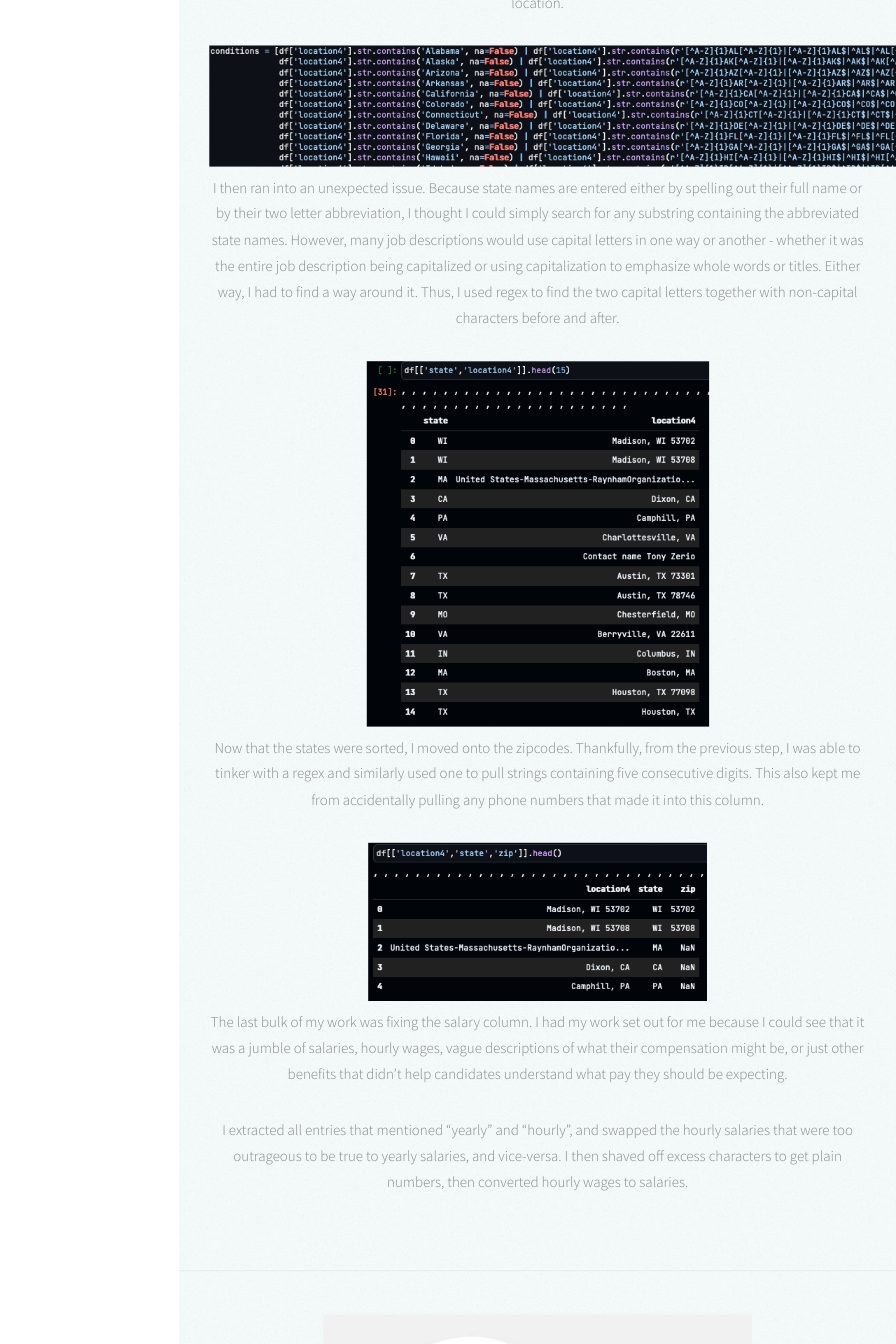
Repository: VictoriaTCNguyen/VictoriaTCNguyen
Page: index.html
An editor plug-in stored every save of this project. The page is shown before and after a run of saves, followed by the edit.
The browser window is 1280 px wide. The pictures show the part of the page from y = 4580 to 6500 px (the page is 10592 px tall before and 10941 px after), at 70% of full size.

Above is the page before, as saved 2023-06-05 13:48:52.

### index.html
<!DOCTYPE HTML>
<!--
	Prologue by HTML5 UP
	html5up.net | @ajlkn
	Free for personal and commercial use under the CCA 3.0 license (html5up.net/license)
-->
<html>
	<head>
		<title>Victoria Nguyen's Portfolio </title>
		<meta charset="utf-8" />
		<meta name="viewport" content="width=device-width, initial-scale=1, user-scalable=no" />
		<link rel="stylesheet" href="assets/css/main.css" />
		<link rel="icon" href="/images/woman-technologist-light-skin-tone_1f469-1f3fb-200d-1f4bb.png">
	</head>
	<body class="is-preload">

		<!-- Header -->
			<div id="header">

				<div class="top">

					<!-- Logo -->
						<div id="logo">
							<span class="image avatar48"><img src="images/VN_LinkedIn.jpg" alt="" /></span>
							<h1 id="title">Victoria Nguyen</h1>
							<p>Data Analyst</p>
						</div>

					<!-- Nav -->
						<nav id="nav">
							<ul>
								<li><a href="#top" id="top-link"><span class="icon solid fa-home">Intro</span></a></li>
								<li><a href="#portfolio" id="portfolio-link"><span class="icon solid fa-th">Data Cleaning: Monster Jobs </span></a></li>
								<li><a href="#portfolio2" id="portfolio-link"><span class="icon solid fa-th">Recipe Scraper </span></a></li>
								<li><a href="#portfolio3" id="portfolio-link"><span class="icon solid fa-th">Spotify Playlist Generator </span></a></li>
								<li><a href="#portfolio4" id="portfolio-link"><span class="icon solid fa-th">Consumer Traits in Buying Fruits </span></a></li>
								<li><a href="#resume" id="resume-link"><span class="icon solid fa-paperclip">Resume</span></a></li>
								<li><a href="#about" id="about-link"><span class="icon solid fa-user">About Me</span></a></li>
								<li><a href="#contact" id="contact-link"><span class="icon solid fa-envelope">Contact</span></a></li>
							</ul>
						</nav>

				</div>

				<div class="bottom">

					<!-- Social Icons -->
						<ul class="icons">
							<li><a href="#" class="icon brands fa-github"><span class="label">Github</span></a></li>
							<li><a href="#" class="icon solid fa-envelope"><span class="label">Email</span></a></li>
						</ul>

				</div>

			</div>

		<!-- Main -->
			<div id="main">

				<!-- Intro -->
					<section id="top" class="one dark cover">
						<div class="container">

							<header>
								<h2 class="alt">Hi! I'm <strong>Victoria Nguyen.</strong> </h2>
								<p>Proficient in R, Python, SQL, & Excel.</p>
								<p>(Currently under construction!)</p>
							</header>

							<footer>
								<a href="#portfolio" class="button scrolly">View my Portfolio</a>
							</footer>

						</div>
					</section>


				<!-- Portfolio1 -->
				<section id="portfolio" class="two">
					<div class="container">

						<header>
							<img src="images/istockphoto-1411855202-612x612.jpg" alt="Image of Kaggle dataset">
							<h2>Data Cleaning : Monster.com U.S. Jobs</h2>
						</header>

						<p>In this project my goal was to find and clean the messiest dataset that I could using Pandas in Jupyter Notebooks.</p>

						<div class="center">
							<div class="col-4 col-12-mobile">

								<p> My goal for this project was to use Pandas and Jupyter Notebooks to push my data cleaning abilities with the messiest
									dataset I could find.</p>

								<p> After a bit of searching, I came across a webscrape on Kaggle that contained 22,000 job listings from the job board,
									Monster.com</p>

								<p> The first step was identifying what kind of information I wanted from the dataset - in other words, what it would look
									like if it were clean, then coming up ways to extract that information from what is given. </p>

								<img src="images/1a.png" alt="">

								<p>Upon initial investigation, I found that job descriptions could be found in the location and salary columns, locations
									could be found in the organization column, some entries had the same information copied into every single column, salaries
									were being entered as hourly wages, and some just had useless or nonsensical entries.  </p>

									<img src="images/1c.png" alt="">

								<p>The first issue I decided to tackle was the one I see most commonly in datasets: that multiple variables are being put into
									 the same column and need to be parsed into their own, proper variables. The ‘job_types’ variable had two separate ways of
									 distinguishing jobs from each other: full time vs. part time, and contract vs. employee. Other than that, this column was
									 nicely formatted and all I needed to do was pull the right substrings from each of them. </p>

								<img src="images/1b.png" alt="">

								<p>Next, I tackled the locations column, which quickly proved to be the most difficult.  A good chunk of these were just entire
									 job descriptions pasted in. My first idea was to shave off unwanted entries. As far as I’m aware, most location names
									 could be spelled out in 50 characters or less. In addition, if an entire job description was pasted into this column,
									  there would usually be a title, so I also searched for “Location:” in the longer entries. </p>

								<img src="images/1d.png" alt="">

								<p>After extracting the location from each of the job entries, I decided to pull the state & zip code from each location. </p>

								<img src="images/1e.png" alt="">

								<p>I then ran into an unexpected issue. Because state names are entered either by spelling out their full name or by their two
									letter abbreviation, I thought I could simply search for any substring containing the abbreviated state names. However,
									 many job descriptions would use capital letters in one way or another - whether it was the entire job description being
									 capitalized or using capitalization to emphasize whole words or titles. Either way, I had to find a way around it. Thus,
									  I used regex to find the two capital letters together with non-capital characters before and after.
								</p>
								<img src="images/1f.png" alt="">

								<p>Now that the states were sorted, I moved onto the zipcodes. Thankfully, from the previous step, I was able to tinker with
									a regex and similarly used one to pull strings containing five consecutive digits. This also kept me from accidentally
									pulling any phone numbers that made it into this column. </p>

								<img src="images/1g.png" alt="">

								<p>The last bulk of my work was fixing the salary column. I had my work set out for me because I could see that it was a
									jumble of salaries, hourly wages, vague descriptions of what their compensation might be, or just other benefits that
									didn’t help candidates understand what pay they should be expecting. </p>


								<p>I extracted all entries that mentioned “yearly” and “hourly”, and swapped the hourly salaries that were too outrageous
									 to be true to yearly salaries, and vice-versa. I then shaved off excess characters to get plain numbers, then converted
									 hourly wages to salaries. </p>
								<p></a></p>
							</div>
						</div>

					</div>
				</section>

				<!-- Portfolio2 -->
				<section id="portfolio2" class="two">
					<div class="container">

						<header>
							<img src="images/istockphoto-1411855202-612x612.jpg" alt="Image of Kaggle dataset">
							<h2>Recipe Scraper</h2>
						</header>

						<p>This section is currently under construction. </p>

						<div class="center" style = text-align:left;>
							<div class="col-4 col-12-mobile">

							</div>
						</div>

					</div>
				</section>

				<!-- Portfolio3 -->
				<section id="portfolio3" class="two">
					<div class="container">

						<header>
							<img src="images/istockphoto-1411855202-612x612.jpg" alt="Image of Kaggle dataset">
							<h2>Spotify Playlist Generator</h2>
						</header>

						<p>This section is currently under construction. </p>

						<div class="center" style = text-align:left;>
							<div class="col-4 col-12-mobile">

							</div>
						</div>

					</div>
				</section>

				<!-- Portfolio4 -->
				<section id="portfolio4" class="two">
					<div class="container">

						<header>
							<img src="images/istockphoto-1411855202-612x612.jpg" alt="Image of Kaggle dataset">
							<h2>Consumer Traits in Buying Fruits</h2>
						</header>

						<p>This section is currently under construction. </p>

						<div class="center" style = text-align:left;>
							<div class="col-4 col-12-mobile">

							</div>
						</div>

					</div>
				</section>

				<!-- Resume -->
				<section id="resume" class="three">
					<div class="container">

						<header>
							<h2><a href="images/VictoriaNguyen_Resume_2023.pdf" download>Click here to download my resume!</a></h2>
						</header>


					</div>
				</section>

				<!-- About Me -->
					<section id="about" class="three">
						<div class="container">

							<header>
								<h2>About Me</h2>
							</header>

							<a href="#" class="image featured"><img src="images/Victoria_Osaka2.jpg" alt="Me in Osaka, April 2023. I was lucky enough to visit while the cherry blossoms were in full bloom!" /></a>

							<p>
								My name is Victoria Nguyen. Data analysis and vizualition are just two of the many things I'm passionate about.
								Whether I'm using spreadsheets to optimize my workout routine or using it to observe consumer habits, I love using data to enhance the way I look at the world.
							</p>

							<p>
								Outside of data analytics, I love to travel, cook, discuss all things media, play video games,
								 & live an active lifestyle.
							</p>

						</div>
					</section>

				<!-- Contact -->
					<section id="contact" class="four">
						<div class="container">

							<header>
								<h2>Contact</h2>
							</header>

							<p>
								You can contact me through my email: victoriatcnguyen@gmail.com
							</p>
							<p></p>
								Alternatively, you can connect with me through these links: <a href="https://github.com/VictoriaTCNguyen">GitHub</a>, <a href="https://www.linkedin.com/in/victoriatcnguyen/">LinkedIn</a>.
							</p>

						</div>
					</section>

			</div>

		<!-- Footer -->
			<div id="footer">

				<!-- Copyright -->
					<ul class="copyright">
						<li>&copy; Untitled. All rights reserved.</li><li>Design: <a href="http://html5up.net">HTML5 UP</a></li>
					</ul>

			</div>

		<!-- Scripts -->
			<script src="assets/js/jquery.min.js"></script>
			<script src="assets/js/jquery.scrolly.min.js"></script>
			<script src="assets/js/jquery.scrollex.min.js"></script>
			<script src="assets/js/browser.min.js"></script>
			<script src="assets/js/breakpoints.min.js"></script>
			<script src="assets/js/util.js"></script>
			<script src="assets/js/main.js"></script>

	</body>
</html>

Loaded but not shown: assets/css/fontawesome-all.min.css (library); assets/js/jquery.min.js (library); assets/js/jquery.scrolly.min.js (common file); assets/js/jquery.scrollex.min.js (common file); assets/js/browser.min.js (common file); assets/js/breakpoints.min.js (common file); assets/js/util.js (587 lines, source omitted); assets/js/main.js (123 lines, source omitted); assets/css/main.css (2633 lines, source omitted)

After the next 4 saves:
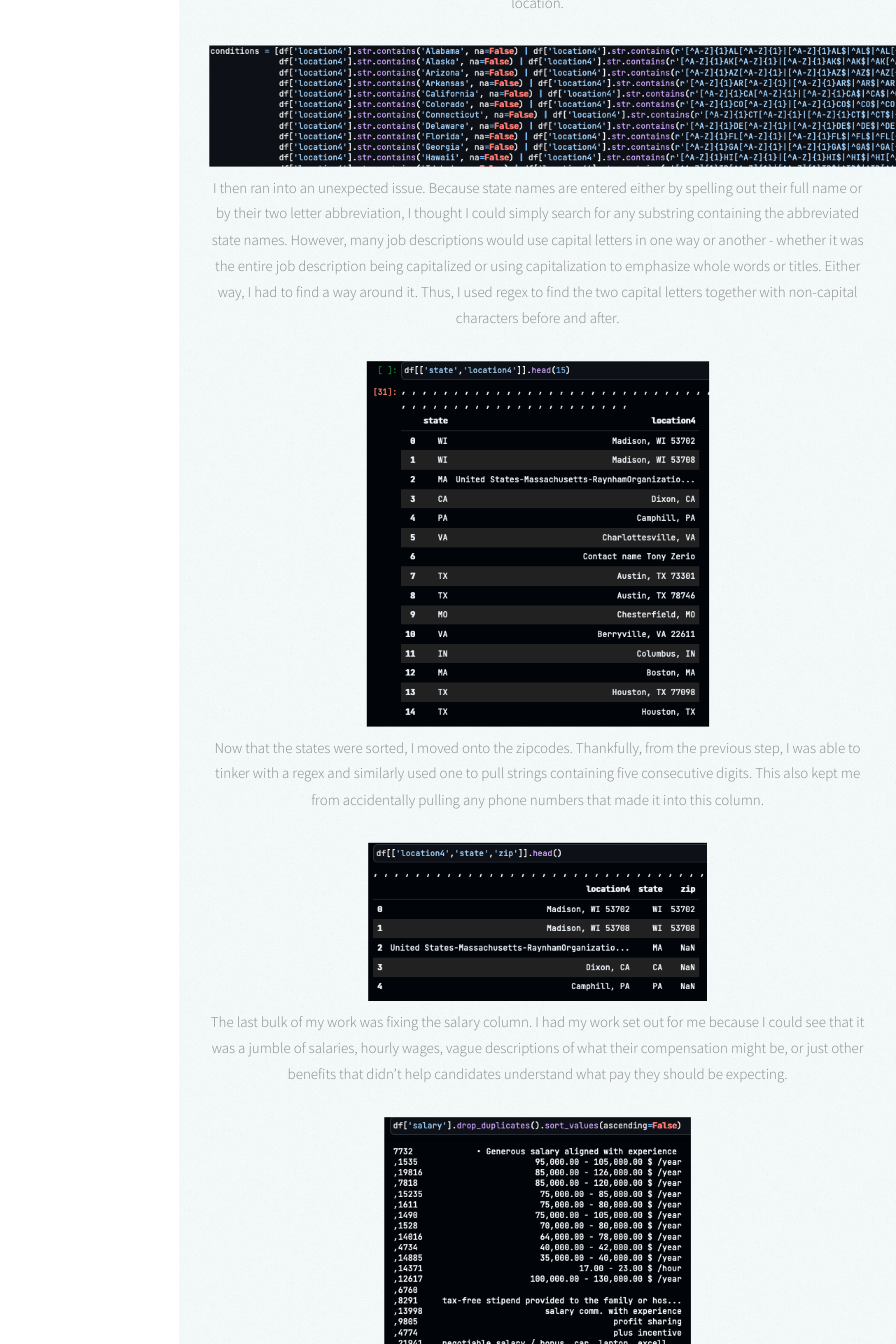
The 4 saves are shown as one change because they came seconds apart.
The last was saved 2 min 12 s later.
--- a/index.html
+++ b/index.html
@@ -142,6 +142,7 @@
 									jumble of salaries, hourly wages, vague descriptions of what their compensation might be, or just other benefits that
 									didn’t help candidates understand what pay they should be expecting. </p>
 
+								<img src="images/1h.png" alt="">
 
 								<p>I extracted all entries that mentioned “yearly” and “hourly”, and swapped the hourly salaries that were too outrageous
 									 to be true to yearly salaries, and vice-versa. I then shaved off excess characters to get plain numbers, then converted
